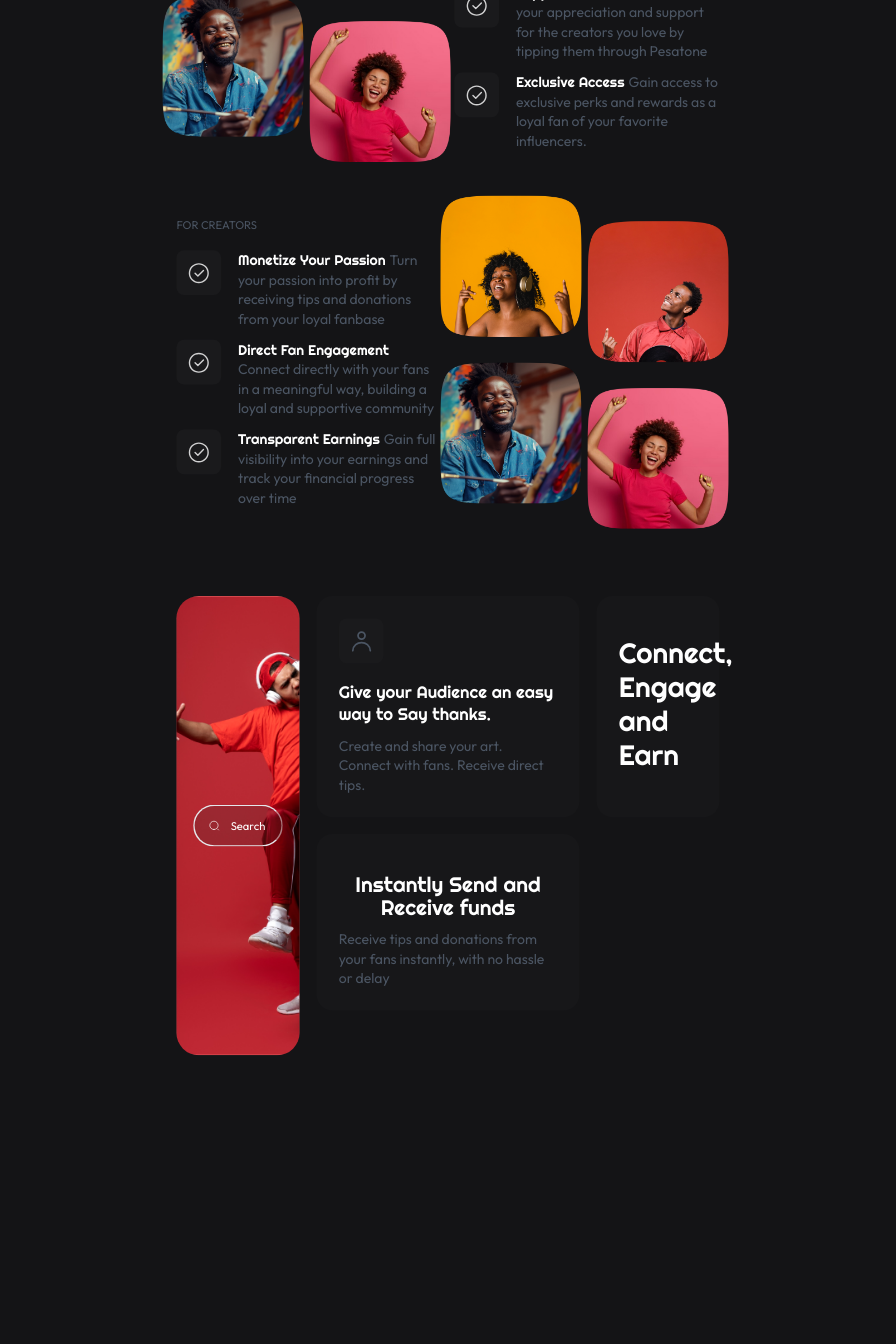
Repository: felixdusengimana/capstone-project-mirror
Page: / (app in frontend/)
The author's editor kept a copy of each file at every save. The page is drawn from the files as they stood at one save, then again after the next save.
The browser window is 1280 px wide. The pictures show the part of the page from y = 2169 to 4089 px (the page is 4089 px tall), at 70% of full size.
The project was rebuilt for these pictures with package versions that can differ from the ones it lists, and the page was loaded fresh each time. The framework's server and built-in components were replaced by stand-ins that run in the browser. Also part of the build but not shown: frontend/next.config.mjs.

Above is the page before, as saved 2024-03-11 16:50:02.

### frontend/app/layout.tsx
import type { Metadata } from "next";
import { Righteous, Outfit } from "next/font/google";
import "./globals.css";

const outfit = Outfit({ subsets: ["latin"], variable: "--font-outfit" });
const righteous = Righteous({
  subsets: ["latin"],
  variable: "--font-righteous",
  weight: "400",
});

export const metadata: Metadata = {
  title: "Pesatone - Search and gift your favorite creators",
  description:
    "A place where fans show gratitude to the African content creators they love!",
};

export default function RootLayout({
  children,
}: Readonly<{
  children: React.ReactNode;
}>) {
  return (
    <html lang="en">
      <body className={`${outfit.variable} ${righteous.variable} font-sans`}>
        {children}
      </body>
    </html>
  );
}

### frontend/app/page.tsx
import Avatar from "@/components/atoms/Avatar";
import Headline from "@/components/atoms/Headline";
import Card from "@/components/molecules/Card";
import CardIcon from "@/components/molecules/CardIcon";
import Search from "@/components/molecules/Search";
import SmallCard from "@/components/molecules/SmallCard";
import Intro from "@/components/organisms/Intro";
import Navbar from "@/components/organisms/Navbar";
import Image from "next/image";
import React from "react";

export default function page() {
  return (
    <div className="py-[73px]">
      <Navbar />
      <Intro />
      <section className="mt-24 page-padding">
        <div className="max-w-[503px] mx-auto text-center">
          <h5 className="uppercase text-gray-600 mb-4">features</h5>
          <Headline className="text-4xl text-center">
            Unleash Your Influence with Our Exclusive Features
          </Headline>
        </div>
        <div className="grid grid-cols-3 gap-[18px] mt-12">
          <Card title="Secure Transactions" icon="secure">
            Pesatone employs advanced encryption for secure transactions,
            safeguarding you and your fans
          </Card>
          <Card title="Direct Engagement" icon="fast">
            Connect instantly with followers through Pesatone&apos;s
            user-friendly interface, fostering community and stronger
            relationships
          </Card>
          <Card title="Transparent Earnings" icon="dollar">
            Gain clear insight into earnings with Pesatone, easily tracking tips
            and donations for effective financial management
          </Card>
        </div>
      </section>

      <section className="mt-24 page-padding">
        <div className="max-w-[543px] mx-auto text-center">
          <h5 className="uppercase text-gray-600 mb-4">BENEFITS</h5>
          <Headline className="text-4xl text-center">
            Experience the Benefits: Pesatone for Fans and Creators
          </Headline>
        </div>
        <div className="grid grid-cols-2 gap-[18px] mt-12">
          <div className="grid grid-cols-2 w-fit">
            <Avatar
              alt="Profile 1"
              src="/profiles/profile4.png"
              size="2xl"
              circle={false}
              className="ml-[-20px]"
            />
            <Avatar
              alt="Profile 2"
              src={"/profiles/profile3.png"}
              size="2xl"
              circle={false}
              className="mt-[36px]"
            />
            <Avatar
              alt="Profile 3"
              src={"/profiles/profile2.png"}
              size="2xl"
              circle={false}
              className="ml-[-20px]"
            />
            <Avatar
              alt="Profile 4"
              src={"/profiles/profile1.png"}
              size="2xl"
              circle={false}
              className="mt-[36px]"
            />
          </div>
          <div className="flex flex-col justify-center">
            <h5 className="uppercase text-gray-600 mb-6">For Fans</h5>
            <div className="flex flex-col gap-4">
              <SmallCard icon="check" title="Direct Interaction">
                Engage directly with your favorite influencers, fostering a
                closer connection and deeper relationship
              </SmallCard>
              <SmallCard icon="check" title="Support Your Favorites">
                Show your appreciation and support for the creators you love by
                tipping them through Pesatone
              </SmallCard>
              <SmallCard icon="check" title="Exclusive Access ">
                Gain access to exclusive perks and rewards as a loyal fan of
                your favorite influencers.
              </SmallCard>
            </div>
          </div>
        </div>

        <div className="grid grid-cols-2 gap-[18px]  mt-12">
          <div className="flex flex-col justify-center">
            <h5 className="uppercase text-gray-600 mb-6">For creators</h5>
            <div className="flex flex-col gap-4">
              <SmallCard icon="check" title="Monetize Your Passion">
                Turn your passion into profit by receiving tips and donations
                from your loyal fanbase
              </SmallCard>
              <SmallCard icon="check" title="Direct Fan Engagement">
                Connect directly with your fans in a meaningful way, building a
                loyal and supportive community
              </SmallCard>
              <SmallCard icon="check" title="Transparent Earnings">
                Gain full visibility into your earnings and track your financial
                progress over time
              </SmallCard>
            </div>
          </div>
          <div className="grid grid-cols-2 ml-auto w-fit">
            <Avatar
              alt="Profile 1"
              src="/profiles/profile4.png"
              size="2xl"
              circle={false}
              className="ml-[-20px]"
            />
            <Avatar
              alt="Profile 2"
              src={"/profiles/profile3.png"}
              size="2xl"
              circle={false}
              className="mt-[36px]"
            />
            <Avatar
              alt="Profile 3"
              src={"/profiles/profile2.png"}
              size="2xl"
              circle={false}
              className="ml-[-20px]"
            />
            <Avatar
              alt="Profile 4"
              src={"/profiles/profile1.png"}
              size="2xl"
              circle={false}
              className="mt-[36px]"
            />
          </div>
        </div>
      </section>

      <section className="mt-24 page-padding">
        <div className="grid grid-cols-4 grid-rows-3 min-h-[862px] gap-6">
          <div className="bg-[url('/creator-bg.png')] bg-cover bg-no-repeat row-span-2 bg-red-400 rounded-[32px] px-6 flex items-center justify-center">
            <Search className="border-2 border-r-[#ffffff79] " />
          </div>
          <div className="col-span-2">
            <Card
              title="Give your Audience an easy way to Say thanks."
              icon="user"
              className="max-w-full"
            >
              Create and share your art. Connect with fans. Receive direct tips.
            </Card>
          </div>
          <Card
            title={
              <p className="text-[40px] leading-[49px]">
                Connect, Engage and Earn
              </p>
            }
          >
            {""}
          </Card>
          <div className="col-span-2">
            <Card
              className="max-w-full"
              title={
                <p className="w-full text-center max-w-[277px] text-[30px] mx-auto">
                  Instantly Send and Receive funds
                </p>
              }
            >
              Receive tips and donations from your fans instantly, with no
              hassle or delay
            </Card>
          </div>
        </div>
      </section>
    </div>
  );
}

### frontend/app/globals.css
@tailwind base;
@tailwind components;
@tailwind utilities;

:root {
  --bg: #141416;
  --bg-hover: #232326;
  --secondary-color: #17171A;
  --foreground-rgb: 0, 0, 0;
  --background-start-rgb: 214, 219, 220;
  --background-end-rgb: 255, 255, 255;
}

@media (prefers-color-scheme: dark) {
  :root {
    --foreground-rgb: 255, 255, 255;
    --background-start-rgb: 0, 0, 0;
    --background-end-rgb: 0, 0, 0;
  }
}

body {
  background: var(--bg);
  color: rgb(var(--foreground-rgb));
}

@layer utilities {
  .text-balance {
    text-wrap: balance;
  }
}

.page-padding {
  padding: 0 252px;
}

### frontend/components/atoms/Avatar.tsx
/* eslint-disable @next/next/no-img-element */
import { ComponentProps } from "react";
import Icon from "./Icon";

interface AvatarProps extends ComponentProps<"div"> {
  src: string;
  alt?: string;
  size?: "sm" | "md" | "lg" | "xl" | "2xl";
  circle?: boolean;
  bordered?: boolean;
  fallBackText?: string;
}
export default function Avatar({ ...props }: AvatarProps) {
  const {
    src,
    alt,
    size = "sm",
    circle = true,
    fallBackText,
    bordered,
    ...rest
  } = props;

  const sizeClasses = {
    sm: "w-10 h-10",
    md: "w-12 h-12",
    lg: "w-16 h-16",
    xl: "w-[150px] h-[150px]",
    "2xl": "w-[202px] h-[202px]",
  };

  return (
    <div
      {...rest}
      className={`${src ? "bg-transparent" : "bg-gray-100"} ${
        circle ? "rounded-full" : "rounded"
      } ${bordered ? "border-2 border-white" : ""} ${sizeClasses[size]} ${
        rest.className
      } flex items-center justify-center overflow-hidden`}
    >
      {src ? (
        <img
          src={src}
          alt={alt}
          className={`w-full ${sizeClasses[size]} object-cover`}
        />
      ) : fallBackText ? (
        fallBackText
      ) : (
        <Icon name="user" />
      )}
    </div>
  );
}

### frontend/components/atoms/Headline.tsx
import { ComponentProps } from "react";

interface HeadlineProps extends ComponentProps<"h1"> {}

export default function Headline({ ...props }: HeadlineProps) {
  return (
    <div className={`font-mono text-white ${props.className}`}>
      {props.children}
    </div>
  );
}

### frontend/components/molecules/Card.tsx
import { ComponentProps, ReactNode } from "react";
import { IconNames } from "../atoms/Icon";
import Headline from "../atoms/Headline";
import CardIcon from "./CardIcon";

interface CardProps {
  icon?: IconNames;
  title?: ReactNode | string;
  className?: string;
  children: ReactNode;
}

export default function Card({ ...props }: CardProps) {
  const { icon, title, ...rest } = props;
  return (
    <div className={`bg-[#171719] p-8 rounded-[23px]`}>
      {icon && <CardIcon icon={icon} />}
      <Headline
        className={`text-2xl font-normal mt-6 max-w-[374px] ${props.className}`}
      >
        {title}
      </Headline>
      <p
        className={`text-gray-600 font-normal text-xl mt-4 max-w-[333px] ${props.className}`}
      >
        {props.children}
      </p>
    </div>
  );
}

### frontend/components/molecules/Search.tsx
"use client";
import { ComponentProps, useEffect, useState } from "react";
import Icon from "../atoms/Icon";

interface SearchProps extends ComponentProps<"div"> {
  placeholder?: string;
  onSearch?: (query: string) => void;
  onClear?: () => void;
}
export default function Search({
  placeholder = "Search for creators",
  onSearch,
  onClear,
  ...props
}: SearchProps) {
  const [query, setQuery] = useState("");

  // return value after 300ms
  useEffect(
    () => {
      const timer = setTimeout(() => {
        onSearch?.(query);
      }, 300);
      return () => clearTimeout(timer);
    },
    // eslint-disable-next-line react-hooks/exhaustive-deps
    [query]
  );

  return (
    <div
      {...props}
      className={`flex bg-[#2C2C3033] px-5 py-4 gap-4 rounded-full ${props.className}`}
    >
      <Icon name="search" onClick={() => onSearch?.(query)} />
      <input
        disabled
        type="text"
        placeholder={placeholder}
        className="w-full text-white placeholder:text-white bg-transparent outline-none"
        onChange={(e) => setQuery(e.target.value)}
      />
    </div>
  );
}

### frontend/components/molecules/SmallCard.tsx
import { ComponentProps } from "react";
import { IconNames } from "../atoms/Icon";
import CardIcon from "./CardIcon";

interface SmallCardProps extends ComponentProps<"div"> {
  icon: IconNames;
  title: string;
}

export default function SmallCard({ ...props }: SmallCardProps) {
  return (
    <div className="flex gap-6">
      <CardIcon icon={props.icon} />
      <p className="text-gray-600 font-normal text-xl">
        <span className="text-white font-mono">{props.title} </span>
        {props.children}
      </p>
    </div>
  );
}

### frontend/components/organisms/Intro.tsx
"use client";

import Headline from "@/components/atoms/Headline";
import Search from "@/components/molecules/Search";
import DownloadApp from "../molecules/DownloadApp";

export default function Intro() {
  return (
    <div className="grid grid-cols-2 pl-[252px]">
      <div className="mt-40">
        <Headline className="text-[64px] leading-[79.47px]">
          Search and gift your favorite creators
        </Headline>
        <p className="text-xl text-gray-600 max-w-[535px] mt-5">
          A place where fans show gratitude to the African content creators they
          love!
        </p>
        <Search className="max-w-[502px] mt-10" />

        <p className="text-gray-600 mt-24 text-base">
          Trusted Users <br />
          Rated 4.5 by 700K+ Customers
        </p>
        <div className="flex gap-6 mt-6">
          <DownloadApp os="android" />
          <DownloadApp os="ios" className="px-[42px]" />
        </div>
      </div>
      <div className="h-full w-full">
        {/* eslint-disable-next-line @next/next/no-img-element */}
        <img src="./home-bg.png" alt="" className="w-full h-full" />
      </div>
    </div>
  );
}

### frontend/components/organisms/Navbar.tsx
import Image from "next/image";
import Button from "../atoms/Button";
import Link from "next/link";

export default function Navbar() {
  return (
    <div className="page-padding flex justify-between items-center">
      <Link href={"/"} className="flex  items-center gap-2">
        <Image
          src="/logo-white.png"
          alt="PESATONElogo"
          width={40}
          height={40}
        />
        <p className="text-sm">ESATONE</p>
      </Link>
      <div className="flex items-center gap-6">
        <Link href={"/login"}>
          <Button variant="secondary" className="px-12">
            Login
          </Button>
        </Link>
        <Link href={"/join"}>
          <Button variant="white" className="font-semibold">
            Sign up free
          </Button>
        </Link>
      </div>
    </div>
  );
}

### frontend/components/molecules/CardIcon.tsx
import React from "react";
import Icon, { IconNames } from "../atoms/Icon";

export default function CardIcon({ icon }: { icon: IconNames }) {
  return (
    <div className="w-16 min-w-[64px] h-16 rounded-[11px] bg-[#1A1A1C] flex items-center justify-center">
      <Icon name={icon} />
    </div>
  );
}

### frontend/components/molecules/DownloadApp.tsx
import { ComponentProps } from "react";
import Icon from "../atoms/Icon";

interface DownloadAppProps extends ComponentProps<"div"> {
  os: "android" | "ios";
}

export default function DownloadApp({ os, ...props }: DownloadAppProps) {
  return (
    <div
      {...props}
      className={`flex items-center gap-4 px-10 py-4 border border-[#202024] bg-[#202024] rounded-full cursor-pointer min-w-[202.09px]`}
    >
      <Icon name={os == "android" ? "google-play" : "apple-store"} />
      <div>
        <p className="text-[#DBDBDB] font-medium text-[10px]">
          {os == "android" ? "Get it On" : "Download on the"}
        </p>
        <h3 className="text-[#DBDBDB] font-bold text-sm">
          {os == "android" ? "Google Play" : "App Store"}
        </h3>
      </div>
    </div>
  );
}

### frontend/components/atoms/Button.tsx
import { ComponentProps } from "react";

interface ButtonProps extends ComponentProps<"button"> {
  variant?: "dark" | "white" | "blurred" | "secondary";
  size?: "sm" | "md" | "lg";
  bordered?: boolean;
}

export default function Button({ ...props }: ButtonProps) {
  const { variant = "dark", size = "md", bordered = false } = props;

  const variantClasses = {
    dark: "bg-black text-white",
    white: "bg-white text-black",
    secondary: "bg-secondary text-white",
    blurred: "bg-blurred text-white",
  };

  const sizeClasses = {
    sm: "px-2 py-1",
    md: "px-8 py-4",
    lg: "px-6 py-3",
  };

  const borderClasses = bordered ? "border border-black" : "";

  return (
    <button
      {...props}
      className={`text-xl font-normal rounded-full ${variantClasses[variant]} ${sizeClasses[size]} ${borderClasses} ${props.className}`}
    >
      {props.children}
    </button>
  );
}

### frontend/tailwind.config.ts
import type { Config } from "tailwindcss";

const config: Config = {
  content: [
    "./pages/**/*.{js,ts,jsx,tsx,mdx}",
    "./components/**/*.{js,ts,jsx,tsx,mdx}",
    "./app/**/*.{js,ts,jsx,tsx,mdx}",
  ],
  theme: {
    extend: {
      // backgroundImage: {
      //   "gradient-radial": "radial-gradient(var(--tw-gradient-stops))",
      //   "gradient-conic":
      //     "conic-gradient(from 180deg at 50% 50%, var(--tw-gradient-stops))",
      // },
      fontFamily: {
        sans: ["var(--font-outfit)"],
        mono: ["var(--font-righteous)"],
      },
      colors: {
        secondary: "var(--secondary-color)",
      },
    },
  },
  plugins: [],
};
export default config;

Loaded but not shown: frontend/components/atoms/Icon.tsx (241 lines, source omitted)

After the next save:
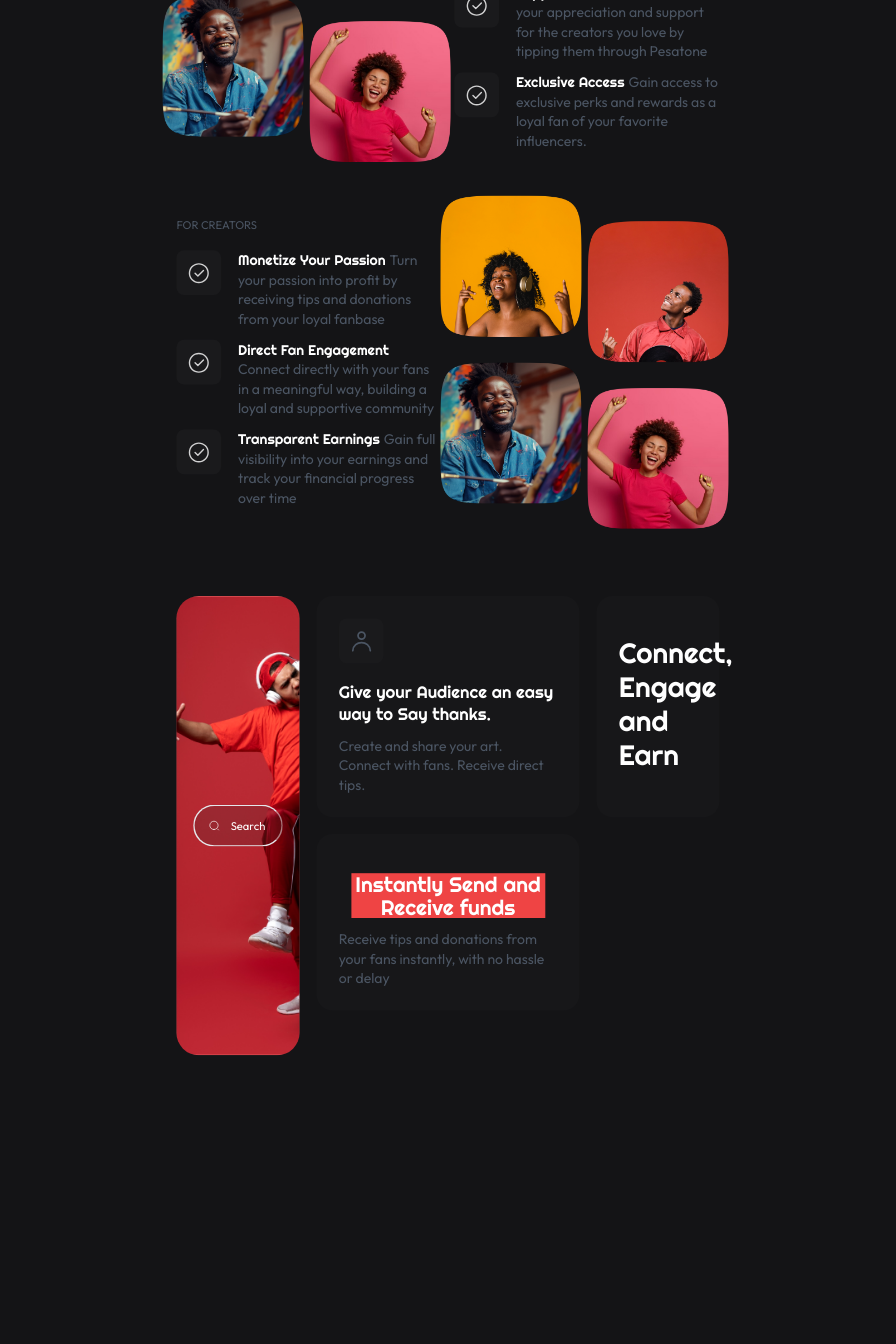
Saved 17 s later.
--- a/frontend/app/page.tsx
+++ b/frontend/app/page.tsx
@@ -173,7 +173,7 @@ export default function page() {
             <Card
               className="max-w-full"
               title={
-                <p className="w-full text-center max-w-[277px] text-[30px] mx-auto">
+                <p className="w-full text-center max-w-[277px] text-[30px] mx-auto bg-red-500">
                   Instantly Send and Receive funds
                 </p>
               }
